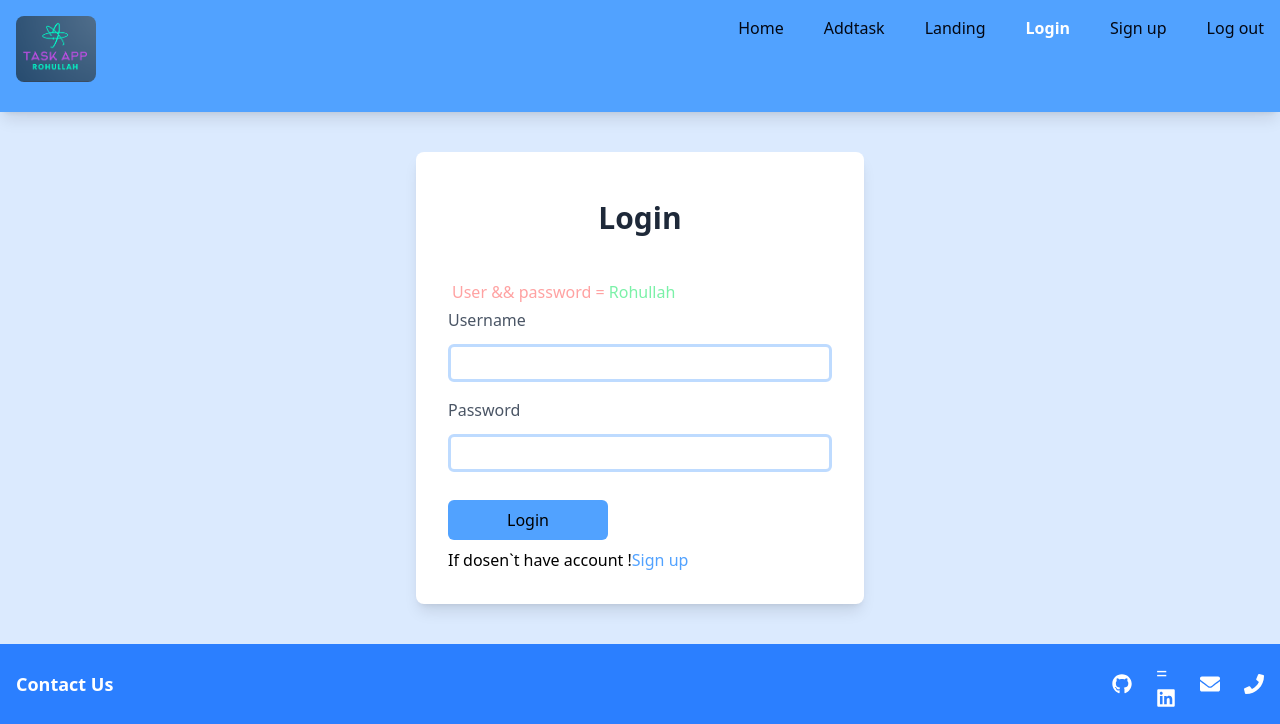
Repository: Rohullah-Noori/TaskApp
Page: /
The author's editor kept a copy of each file at every save. The page is drawn from the files as they stood at one save, then again after the next save.
The browser window is 1280 px wide. The pictures show the whole page.
The project was rebuilt for these pictures with package versions that can differ from the ones it lists, and the page was loaded fresh each time. Also part of the build but not shown: vite.config.js, src/components/Loader.jsx, src/pages/Landing.jsx, src/pages/Home.jsx, src/pages/Signup.jsx, src/pages/Addtask.jsx, src/pages/Edittask.jsx, src/pages/Errorpage.jsx and 1 more.

Above is the page before, as saved 2025-06-23 09:27:30.

### src/index.css
@import "tailwindcss";

.input {
  @apply border-3 border-blue-200 focus:outline-blue-500 w-full rounded-md p-1;
}

.containerForm {
  @apply flex items-center justify-center  p-10 h-[90%] bg-blue-100 flex-grow overflow-y-auto;
}
.parentContainerForm {
  @apply max-w-md bg-white p-8 rounded-lg shadow-lg w-[90%];
}

.heading {
  @apply text-xl sm:text-2xl md:text-3xl font-bold mb-6 text-gray-800 text-center p-1 md:p-4;
}

.taskContainer {
  @apply bg-blue-100 lg:h-full min-h-107 justify-center flex;
}
.taskinnerContainer {
  @apply mt-10 text-center h-[90%]  shadow-lg bg-amber-50  rounded-xl p-10  max-w-md w-full;
}

.btndesign {
  @apply mt-3 cursor-pointer rounded-md py-2 mb-2 w-[50%] text-wrap sm:w-40 bg-blue-400  hover:bg-blue-500 hover:text-white;
}

### src/App.jsx
import { TasksProvider } from "./components/TaskContext";
import { BrowserRouter as Router, Routes, Route } from "react-router-dom";
import PrivateRoute from "./components/PrivateRoute";
import { AuthProvider } from "./components/PrivateContext";
import Landing from "./pages/Landing";
import Home from "./pages/Home";
import Login from "./pages/Login";
import Signup from "./pages/Signup";
import Addtask from "./pages/Addtask";
import Edittask from "./pages/Edittask";
import Errorpage from "./pages/Errorpage";
import Logout from "./pages/Logout";

function App() {
  return (
    <>
      <Router>
        <AuthProvider>
          <TasksProvider>
            <Routes>
              <Route path="/" element={<PrivateRoute />}>
                <Route index element={<Landing />} />
                <Route path="/addtask" element={<Addtask />} />
                <Route path="/home" element={<Home />} />
                <Route path="/edit-task/:taskId" element={<Edittask />} />
              </Route>

              <Route path="/login" element={<Login />} />

              <Route path="/signup" element={<Signup />} />
              <Route path="/logout" element={<Logout />} />

              <Route path="/*" element={<Errorpage />} />
            </Routes>
          </TasksProvider>
        </AuthProvider>
      </Router>
    </>
  );
}

export default App;

### src/components/TaskContext.jsx
import { createContext, useContext, useState } from "react";

const TaskContext = createContext();
export const TasksProvider = ({ children }) => {
  const [tasks, setTasks] = useState([]);
  const [loading, setIsloading] = useState(false);
  const addtask = (newtask) => {
    setTasks((prevtask) => [...prevtask, newtask]);
  };

  const updateTask = (taskId, taskdata) => {
    setTasks((prevtask) =>
      prevtask.map((task) =>
        task.id === Number(taskId)
          ? {
              ...task,
              title: taskdata.title,
              startTime: taskdata.startTime,
              endTime: taskdata.endTime,
            }
          : task
      )
    );
  };

  return (
    <TaskContext.Provider
      value={{
        tasks,
        addtask,
        setTasks,
        loading,
        setIsloading,
        updateTask,
      }}
    >
      {children}
    </TaskContext.Provider>
  );
};

export const useTasks = () => useContext(TaskContext);

### src/components/PrivateRoute.jsx
import { Navigate, Outlet } from "react-router-dom";
import { useAuth } from "./PrivateContext";

// function PrivateRoute({ element, ...res }) {
//   const { islogin } = useAuth();
//   return islogin ? (
//     <Route {...res} element={element} />
//   ) : (
//     <Navigate to="/login" />
//   );
// }

// function PrivateRoute({ element, ...res }) {
//   const { islogin } = useAuth();
//   return (
//     <Route {...res} element={islogin ? element : <Navigate to="/login" />} />
//   );
// }

// export default PrivateRoute;

export default function PrivateRoute() {
  const { islogin } = useAuth();
  return islogin ? <Outlet /> : <Navigate to="/login" />;
}

### src/components/PrivateContext.jsx
import { createContext, useContext, useEffect, useState } from "react";
import { useNavigate } from "react-router-dom";

const AuthContext = createContext();
export const AuthProvider = ({ children }) => {
  const [islogin, setIslogin] = useState(() => {
    return localStorage.getItem("islogin") === "true" ? true : false;
  });
  const navigate = useNavigate();

  useEffect(
    function () {
      localStorage.setItem("islogin", JSON.stringify(islogin));
    },

    [islogin]
  );

  const login = () => {
    setIslogin(true);
    navigate("/");
  };

  const logout = () => {
    setIslogin(false);
    navigate("/login");
  };

  return (
    <AuthContext.Provider value={{ login, logout, islogin }}>
      {children}
    </AuthContext.Provider>
  );
};

export const useAuth = () => useContext(AuthContext);

### src/pages/Login.jsx
import Navbar from "../components/Navbar";
import { useState } from "react";
import { Link, useNavigate } from "react-router-dom";
import Loader from "../components/Loader";
import Button from "../components/Button";
import { useAuth } from "../components/PrivateContext";
import Footer from "../components/Footer";

function Login() {
  const [message, setMessage] = useState("");
  const [loading, setIsloading] = useState(false);
  const [password, setPassword] = useState("");
  const [username, setUsername] = useState("");
  const { login } = useAuth();
  const validusername = "Rohullah";
  const validpassword = "Rohullah";

  // const navigate = useNavigate();

  function handlesubmit(e) {
    e.preventDefault();
    setIsloading(true);
    setMessage("");
    if (username === validusername && password === validpassword) {
      setTimeout(() => {
        setIsloading(false);
        setMessage("login successfully");
        // setTimeout(() => {
        //   navigate("/");
        // }, 500);
        login();
      }, 1000);
    } else {
      setMessage("Invalid Usrename or Password");
      setIsloading(false);
    }
  }
  return (
    <>
      <Navbar />
      <div className="containerForm">
        <div className="parentContainerForm ">
          <h2 className="heading">Login</h2>
          <p className="p-1 text-red-300">
            User && password = <span className="text-green-300">Rohullah</span>
          </p>
          {loading && <Loader />}
          {message && (
            <div
              className={`${
                message === "login successfully"
                  ? "bg-green-100 text-green-700 border-green-500"
                  : "bg-red-100 text-red-700 border-red-500"
              }`}
            >
              {message}
            </div>
          )}

          <form action="" onSubmit={handlesubmit} className="space-y-4">
            <div className=" space-y-3  ">
              <label
                htmlFor="username"
                className="block text-md font-md text-gray-600"
              >
                Username
              </label>

              <input
                type="text"
                id="username"
                value={username}
                onChange={(e) => setUsername(e.target.value)}
                className="input"
              />
            </div>

            <div className=" space-y-3 ">
              <label
                htmlFor="password"
                className="block text-md font-md text-gray-600"
              >
                Password
              </label>
              <input
                type="password"
                id="password"
                value={password}
                onChange={(e) => setPassword(e.target.value)}
                className="input"
              />
            </div>
            <div className="flex">
              <Button type="submit">Login</Button>
            </div>
          </form>

          <div>
            <h3>
              If dosen`t have account !
              <Link
                to={"/signup"}
                className=" text-blue-400 hover:text-blue-600"
              >
                Sign up
              </Link>
            </h3>
          </div>
        </div>
      </div>
      <Footer />
    </>
  );
}

export default Login;

### src/components/Button.jsx
function Button({ children, onClick, disabled }) {
  return (
    <button onClick={onClick} disabled={disabled} className="btndesign">
      {children}
    </button>
  );
}

export default Button;

### src/components/Navbar.jsx
import { Link, useLocation } from "react-router-dom";
import { useState } from "react";
function Navbar() {
  const location = useLocation();
  const [Open, setIsOpen] = useState(false);

  function Toggle() {
    setIsOpen(!Open);
  }

  return (
    <nav className="bg-blue-400  flex shadow-lg p-4  justify-between    sticky top-0 z-10 ">
      <div className="size-20  ">
        <img src="../src/assets/logo/Capture.PNG" className="rounded-lg" />
      </div>
      <div className="lg:hidden">
        <button className="text-white" onClick={Toggle}>
          <svg
            xmlns="http://www.w3.org/2000/svg"
            fill="none"
            viewBox="0 0 24 24"
            stroke="currentColor"
            className="h-6 w-6"
          >
            <path
              strokeLinecap="round"
              strokeLinejoin="round"
              strokeWidth="2"
              d="M4 6h16M4 12h16M4 18h16"
            />
          </svg>
        </button>
      </div>
      <ul className=" hidden lg:flex space-x-10">
        {[
          {
            path: "/home",
            label: "Home",
          },
          {
            path: "/addtask",
            label: "Addtask",
          },
          {
            path: "/",
            label: "Landing",
          },
          {
            path: "/login",
            label: "Login",
          },

          {
            path: "/signup",
            label: "Sign up",
          },
          {
            path: "/logout",
            label: "Log out",
          },
        ].map((item) => (
          <li key={item.path}>
            <Link
              to={item.path}
              className={`hover:text-amber-50 active:text-amber-50 ${
                location.pathname === item.path
                  ? "text-white font-bold"
                  : "text-gray-950"
              }`}
            >
              {item.label}
            </Link>
          </li>
        ))}
      </ul>
      <div
        className={`${
          Open ? "block" : "hidden"
        } absolute w-full top-24 flex flex-col justify-center items-start pl-6  text-center left-0 bg-blue-400 text-white text-center py-4`}
      >
        {[
          {
            path: "/home",
            label: "Home",
          },
          {
            path: "/addtask",
            label: "Addtask",
          },
          {
            path: "/",
            label: "Landing",
          },
          {
            path: "/login",
            label: "Login",
          },

          {
            path: "/signup",
            label: "Sign up",
          },
          {
            path: "/edittask",
            label: "Edit",
          },
        ].map((item) => (
          <Link
            key={item.path}
            to={item.path}
            className={`hover:text-amber-50 active:text-amber-50 ${
              location.pathname === item.path
                ? "text-white font-bold"
                : "text-gray-950"
            }`}
          >
            {item.label}
          </Link>
        ))}
      </div>
    </nav>
  );
}

export default Navbar;

### src/components/Footer.jsx
import { FaGithub, FaLinkedin, FaEnvelope, FaPhone } from "react-icons/fa";

function Footer() {
  return (
    <footer className="bg-blue-500 text-white py-4 w-full">
      <div className="container mx-auto px-4 flex flex-col md:flex-row items-center justify-between space-y-4 md:space-y-0">
        <h1 className="text-lg font-semibold">Contact Us</h1>

        <div className="flex items-center space-x-6 text-xl">
          <a
            href="https://github.com/Rohullah-Noori"
            target="_blank"
            rel="noopener noreferrer"
            className="hover:text-gray-300 transition"
          >
            <FaGithub />
          </a>
          <a
            href="https://linkedin.com"
            target="_blank"
            rel="noopener noreferrer"
            className="hover:text-gray-300 transition"
          >
            =
            <FaLinkedin />
          </a>
          <a
            href="mailto:rohullah313noori313@gmail.com"
            className="hover:text-gray-300 transition"
          >
            <FaEnvelope />
          </a>
          <a href="tel:+93731142295" className="hover:text-gray-300 transition">
            <FaPhone />
          </a>
        </div>
      </div>
    </footer>
  );
}

export default Footer;

Loaded but not shown: index.html (common file); src/main.jsx (common file)

After the next save:
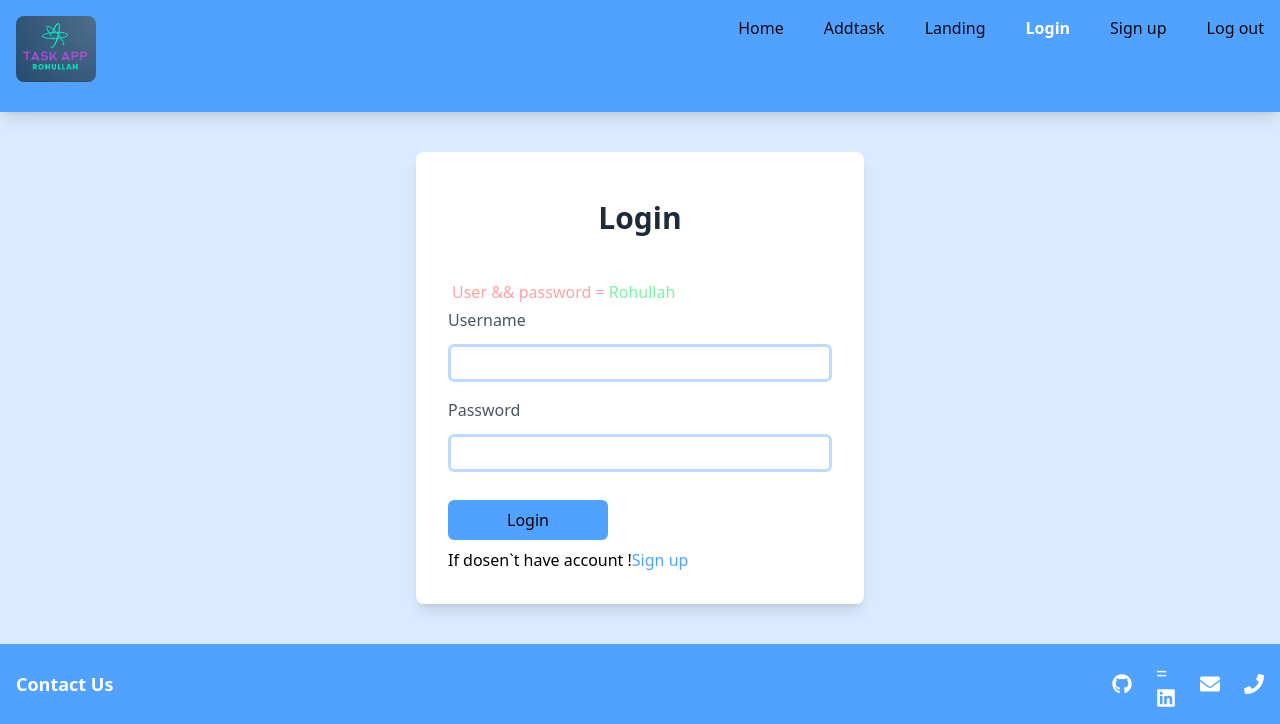
Saved 32 s later.
--- a/src/components/Footer.jsx
+++ b/src/components/Footer.jsx
@@ -2,7 +2,7 @@ import { FaGithub, FaLinkedin, FaEnvelope, FaPhone } from "react-icons/fa";
 
 function Footer() {
   return (
-    <footer className="bg-blue-500 text-white py-4 w-full">
+    <footer className="bg-blue-400 text-white py-4 w-full">
       <div className="container mx-auto px-4 flex flex-col md:flex-row items-center justify-between space-y-4 md:space-y-0">
         <h1 className="text-lg font-semibold">Contact Us</h1>
 
